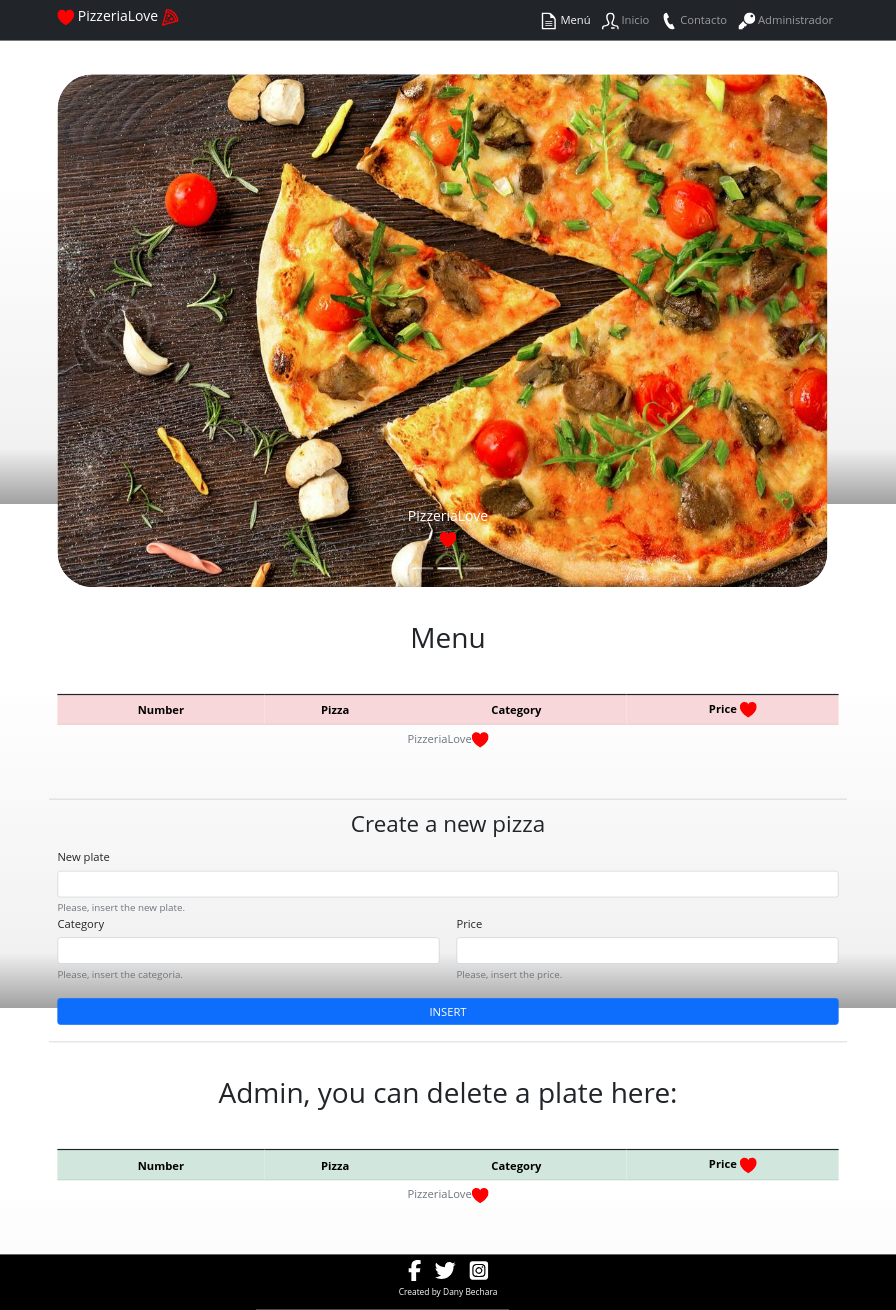
Repository: bechara611/PizzeriaLove
Page: /
These files come from the project's save history. The page is drawn as it stood at one moment and after the next save; the edit follows.
The browser window is 1280 px wide. The pictures show the whole page, at 70% of full size.
The page's requests for data from a server got no answer. Backgrounds fixed to the window are drawn as part of the page. The project was rebuilt for these pictures with package versions that can differ from the ones it lists, and the page was loaded fresh each time. No one was signed in, and anything a server would have sent is missing. Also part of the build but not shown: src/App.css, src/App.js, src/Elementos/Alerta.js.

Above is the page before, as saved 2022-02-22 18:53:02.

After the next save:
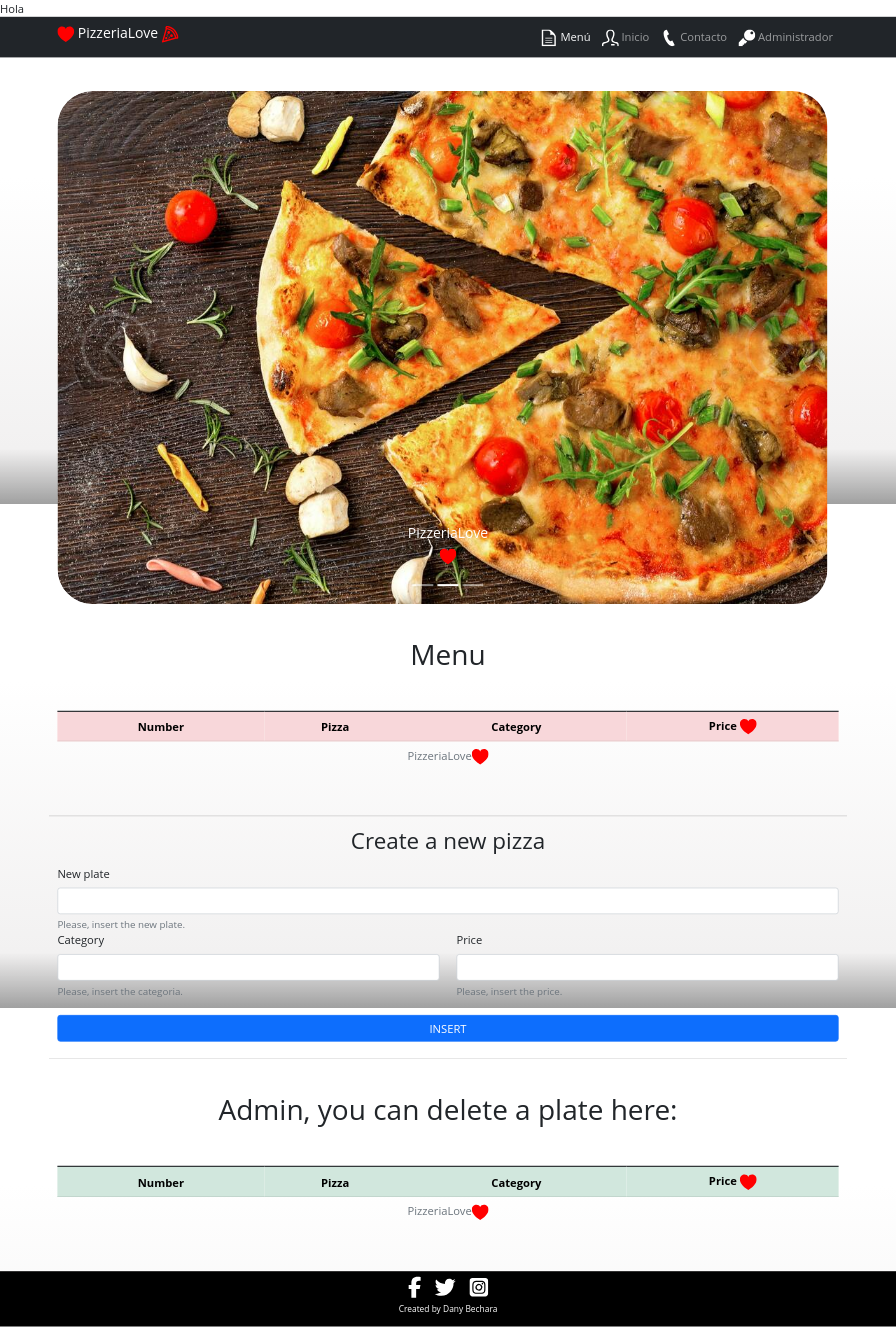
Saved 43 s later.
--- a/src/Componentes/Header.js
+++ b/src/Componentes/Header.js
@@ -11,7 +11,7 @@ const Header = () => {
     url1="/inicio";
       return (
         <>
-
+      <a>Hola</a>
         <nav className="navbar navbar-expand-sm navbar-dark bg-dark  header_nav">
         <div className="container contenedor1 ">
         <div className='hijo1_header'>
